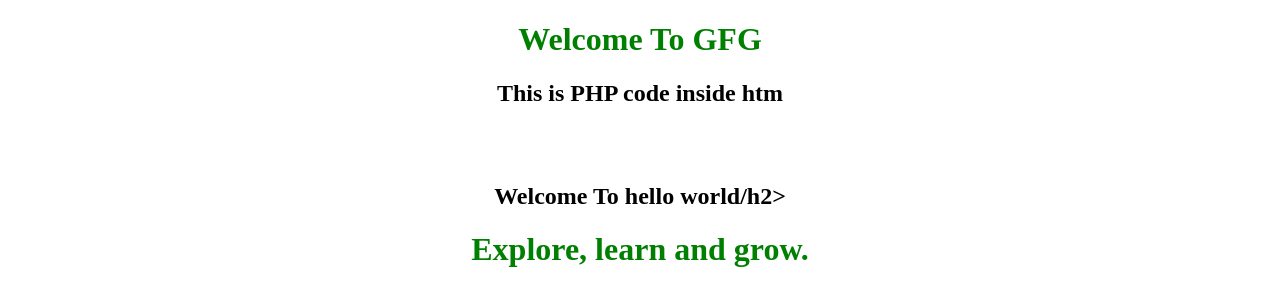
Repository: NithishKoriyar/phpprojectgh
Page: http://localhost/example1.php
The author's editor kept a copy of each file at every save. The page is drawn from the files as they stood at one save, then again after the next save.
The browser window is 1280 px wide. The pictures show the whole page.
The page is run by PHP 8.4 with error messages shown; the project is at /var/www/html/.

Above is the page before, as saved 2022-12-14 11:12:55.

After the next save:
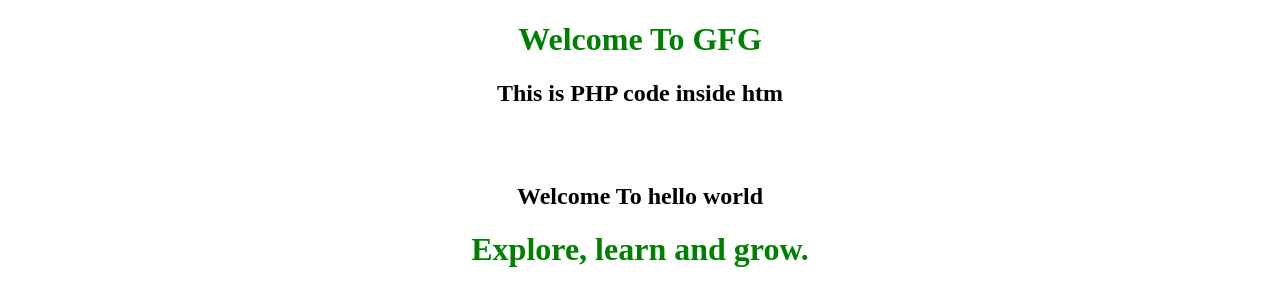
Saved 15 s later.
--- a/example1.php
+++ b/example1.php
@@ -19,7 +19,7 @@
 			?>
 		</h2>
 		<br><br>
-		<h2>Welcome To hello world/h2>
+		<h2>Welcome To hello world</h2>
 		<h1>
 			<?php
         echo 'Explore, learn and grow.'
